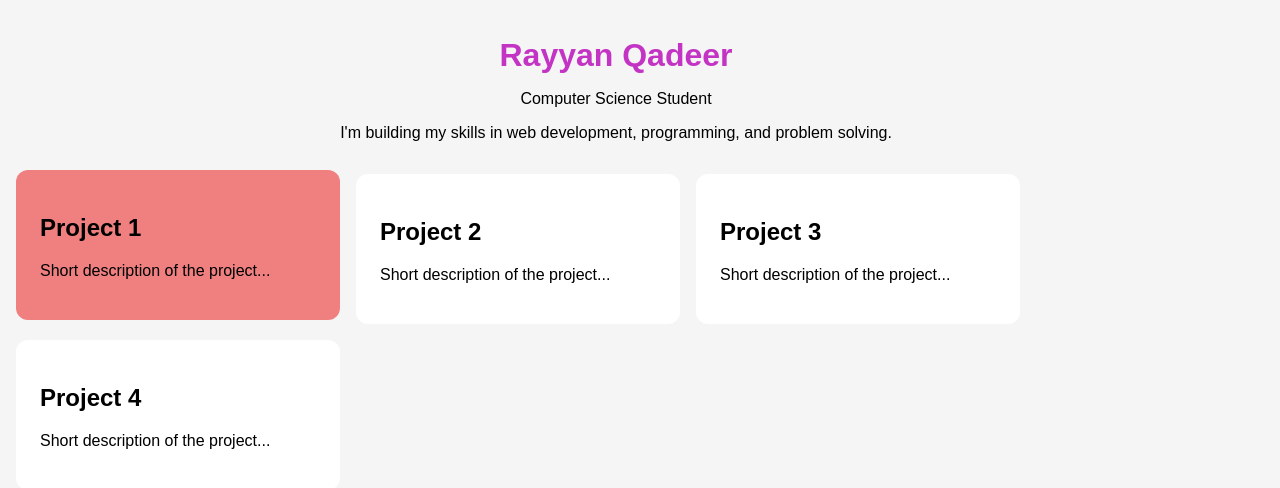
Repository: rayyan-qadeer/rayyan-qadeer
Page: index.html
An editor plug-in stored every save of this project. The page is shown before and after the next save, followed by the edit.
The browser window is 1280 px wide. The pictures show the whole page.
The pointer rests on the first visible `.card`.

Above is the page before, as saved 2026-04-22 13:50:11.

After the next save:
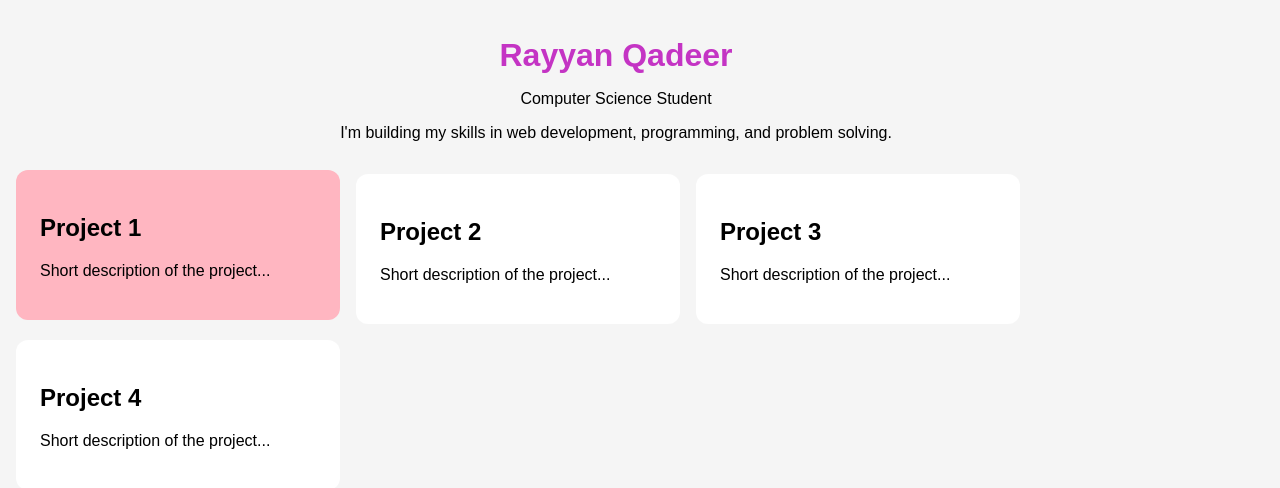
Saved 8 s later.
--- a/styles/index.css
+++ b/styles/index.css
@@ -28,7 +28,7 @@ header h1 {
 
 .card:hover {
   transform: translateY(-4px);
-  background-color: lightcoral;
+  background-color: lightpink;
 }
 
 @media (min-width: 768px) {
